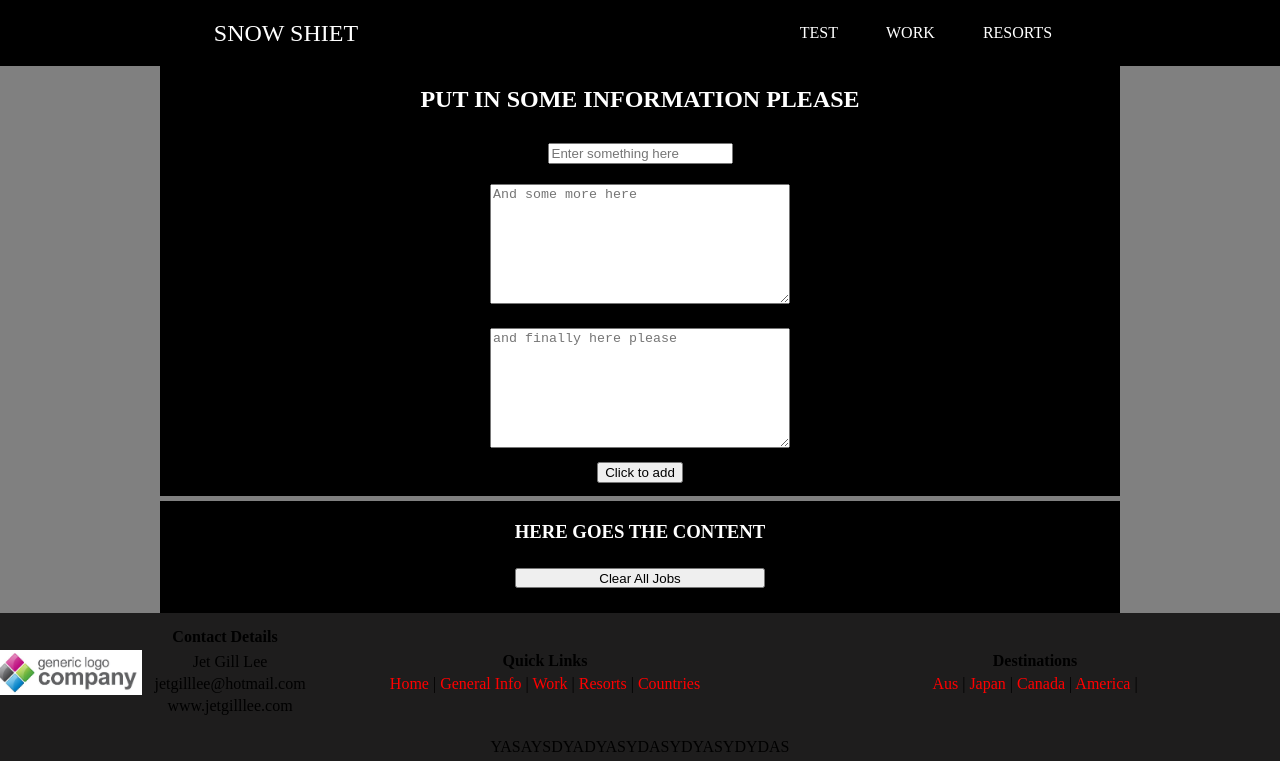
Repository: Jet-Gill-Lee/SnowSite
Page: submit-stuff.html
The author's editor kept a copy of each file at every save. The page is drawn from the files as they stood at one save, then again after the next save.
The browser window is 1280 px wide. The pictures show the whole page.

Above is the page before, as saved 2021-07-24 23:28:55.

After the next save:
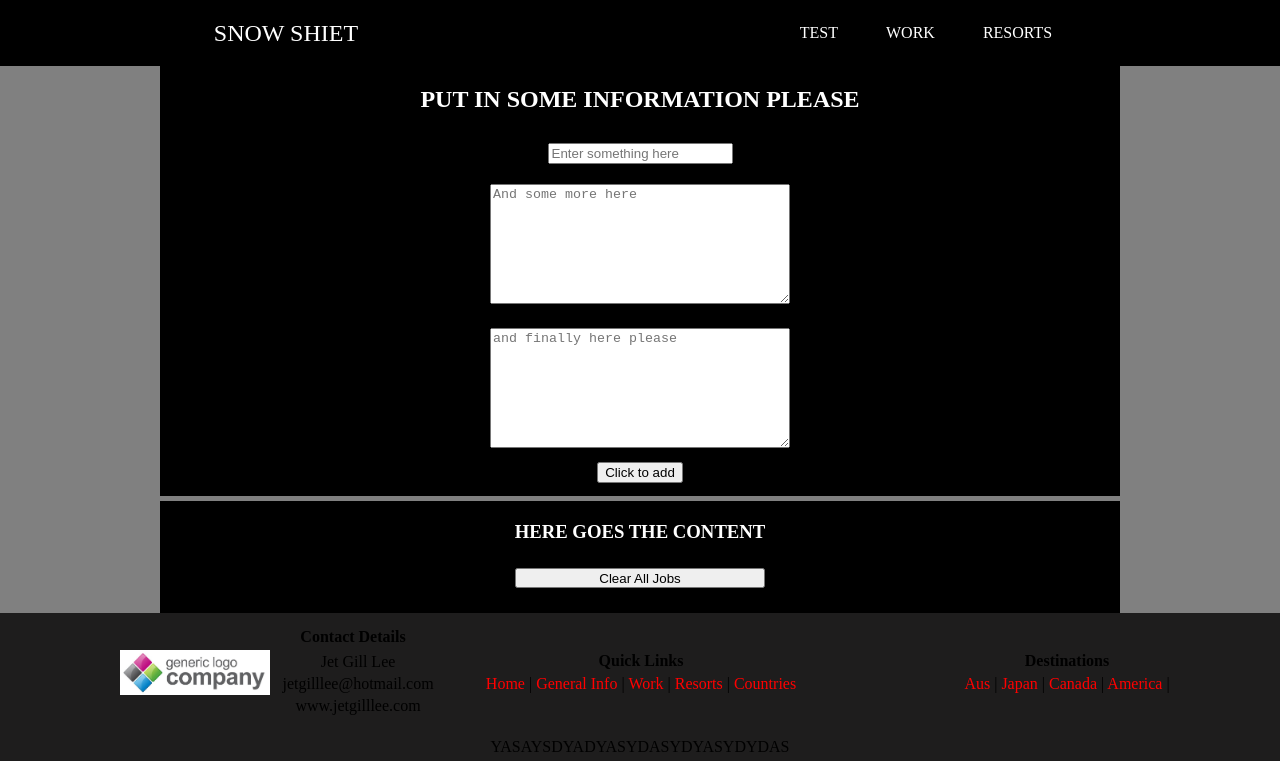
Saved 14 s later.
--- a/css/stylesheet.css
+++ b/css/stylesheet.css
@@ -81,6 +81,7 @@ body {
   display: flex;
   flex-wrap: wrap;
   justify-content: space-between;
+  margin-left: 10%;
 }
 .footer {
   background-color: rgba(14, 13, 13, 0.863);
